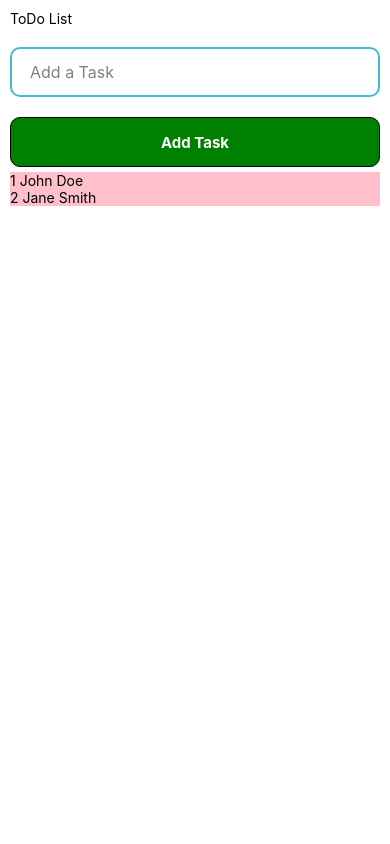
Repository: raisingh22/Projects
Screen: /
An editor plug-in stored every save of this project. The screen is shown before and after a run of saves, followed by the edit.
The app was drawn by React Native's web renderer in a window 390 px wide. The project was rebuilt for these pictures with package versions that can differ from the ones it lists, and the page was loaded fresh each time.

Above is the screen before, as saved 2024-01-21 19:15:03.

### App.js
import { View, Text, SafeAreaView } from 'react-native'
import React from 'react'
import ToDo from './src/ToDoList/screens/ToDo'

const App = () => {
  return (
   <SafeAreaView style={{
    flex:1
   }}>
     <ToDo/>
   </SafeAreaView>
  )
}

export default App

### src/ToDoList/screens/ToDo.js
import {StyleSheet, Text, TextInput, View} from 'react-native';
import React from 'react';
import MyBtn from '../../components/MyBtn';
import MyFlatList from '../../components/MyFlatList';

const DummyData = [
  {
    id: '1',
    name: 'John Doe',
  },
  {
    id: '2',
    name: 'Jane Smith',
  },
];
const ToDo = () => {
  return (
    <View
      style={{
        margin: 10,
      }}>
      <Text>ToDo List</Text>
      <TextInput
        placeholder="Add a Task"
        placeholderTextColor={'grey'}
        style={styles.textInput}
      />
      <MyBtn
        text={'Add Task'}
        btnStyle={{backgroundColor: 'green'}}
        textStyle={{
          fontSize: 15,
          fontWeight: 'bold',
        }}
      />
      <MyFlatList
        data={DummyData}
        // bounces={false}
        renderItem={(item, index) => (
          <View
            style={{
              flexDirection: 'row',
              justifyContent: 'space-between',
              alignItems: 'center',
              backgroundColor: 'pink',
            }}>
            <Text>
              {item.id} {item.name}
            </Text>
          </View>
        )}
      />
    </View>
  );
};

export default ToDo;

const styles = StyleSheet.create({
  textInput: {
    width: '100%',
    height: 50,
    marginVertical: 20,
    borderWidth: 2,
    paddingVertical: 14,
    paddingHorizontal: 18,
    fontSize: 16,
    borderColor: '#40bdd4',
    borderRadius: 10,
  },
});

### src/components/MyBtn.js
import {StyleSheet, Text, TouchableOpacity, View} from 'react-native';
import React from 'react';

const MyBtn = ({text, onPress, btnStyle , textStyle}) => {
  return (
    <TouchableOpacity style={[styles.btn, btnStyle]} onPress={onPress}>
      <Text style={[styles.btnText, textStyle]} >{text}</Text>
    </TouchableOpacity>
  );
};

export default MyBtn;

const styles = StyleSheet.create({
  btn: {
    width: '100%',
    height: 50,
    backgroundColor: 'black',
    borderWidth: 1,
    borderRadius: 10,
    alignItems: 'center',
    justifyContent: 'center',
  },
  btnText: {
    color: 'white',
    // You can add more text styles here if needed
  },
});

### src/components/MyFlatList.js
import {FlatList, StyleSheet, Text, View} from 'react-native';
import React from 'react';

const MyFlatList = ({data, renderItem = (item, index) => {},bounces}) => {
  return (
    <FlatList
    bounces={bounces}
      data={data}
      renderItem={({item, index}) => renderItem(item, index)}
      keyExtractor={item => item.id.toString()}
      style={styles.list}
    />
  );
};

export default MyFlatList;

const styles = StyleSheet.create({
    list: {
        marginVertical:5,
        // flex: 1, // Example: Expand the FlatList to fill available space
        backgroundColor: 'lightgray', // Example: Set background color
        height:"50%"
      },
});

After the next 4 saves:
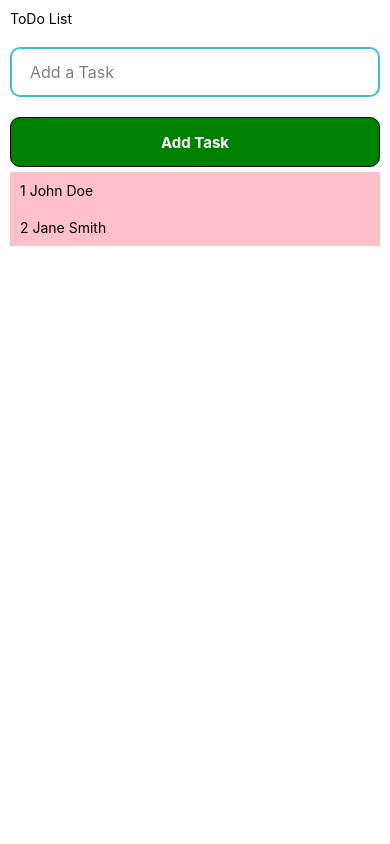
The 4 saves are shown as one change because 1 did not build or start and some came seconds apart.
The last was saved 99 s later.
--- a/src/ToDoList/screens/ToDo.js
+++ b/src/ToDoList/screens/ToDo.js
@@ -43,6 +43,7 @@ const ToDo = () => {
               justifyContent: 'space-between',
               alignItems: 'center',
               backgroundColor: 'pink',
+              padding:10
             }}>
             <Text>
               {item.id} {item.name}
